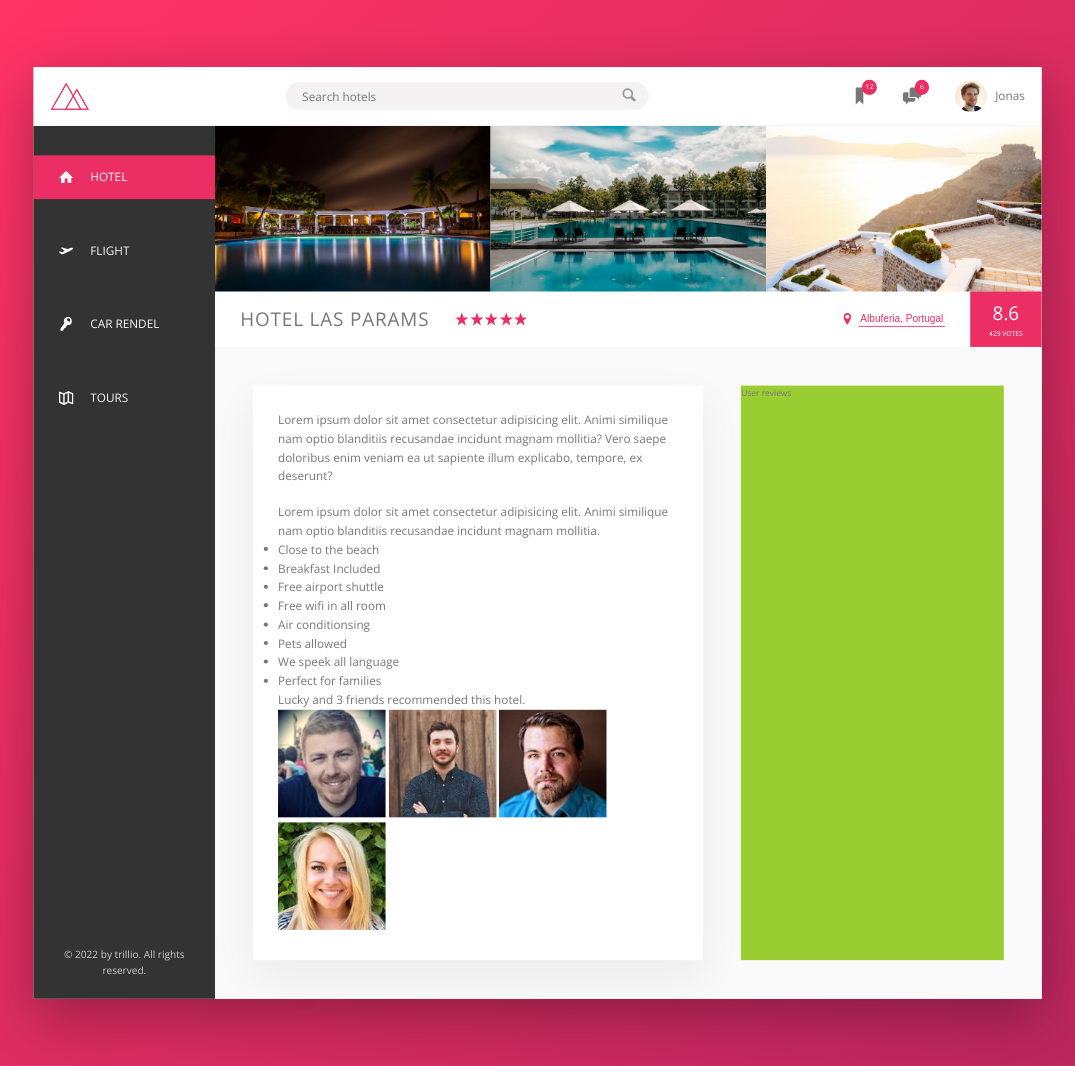
Repository: mohamediyas/flex_website
Page: index.html
The author's editor kept a copy of each file at every save. The page is drawn from the files as they stood at one save, then again after the next save.
The browser window is 1280 px wide. The pictures show the whole page, at 84% of full size.
The style sheet was rebuilt from its Sass, Less or Tailwind sources for each picture, by a compiler version that may differ from the author's.

Above is the page before, as saved 2022-08-06 14:15:41.

After the next save:
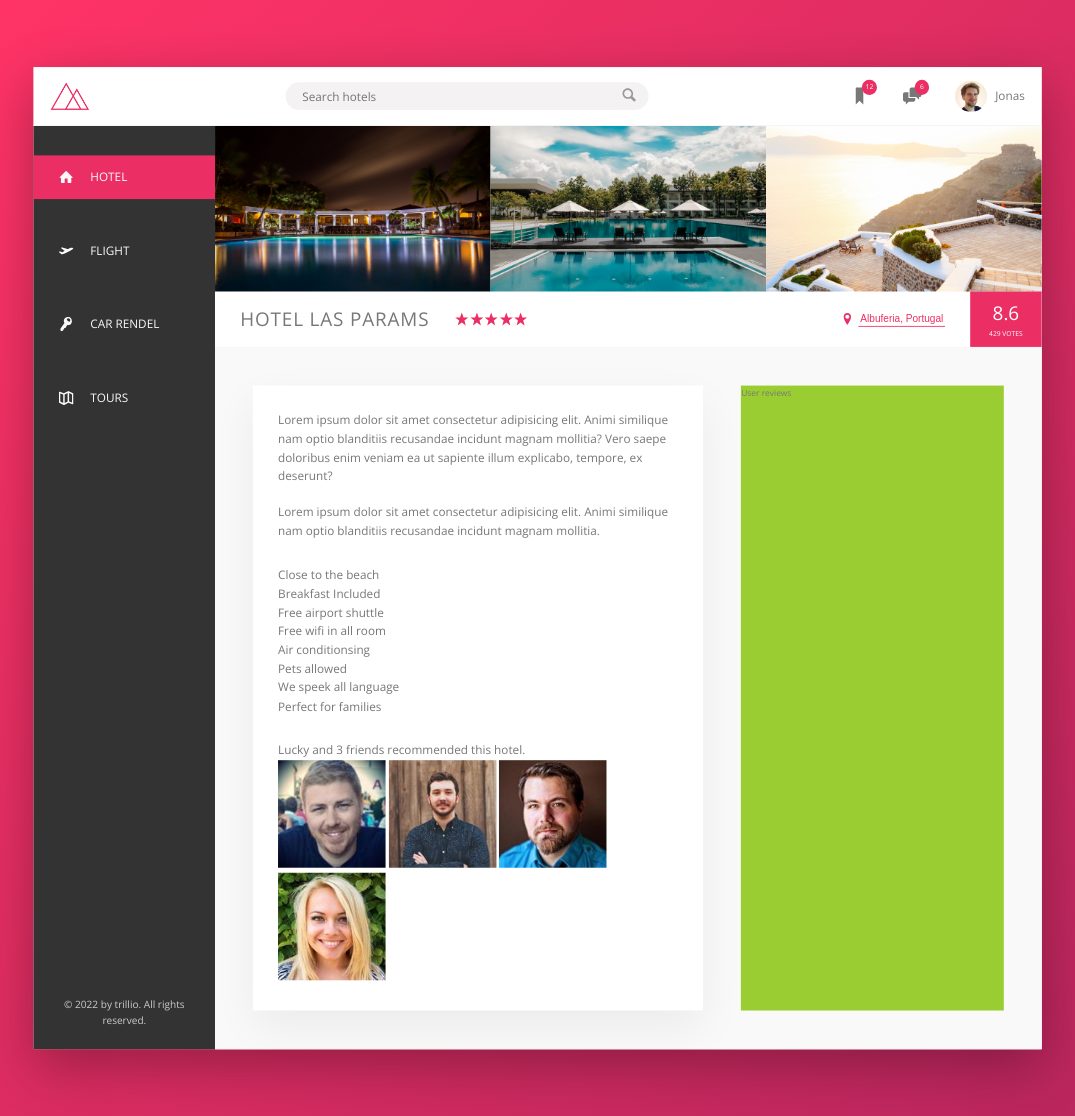
Saved 67 s later.
--- a/sass/_components.scss
+++ b/sass/_components.scss
@@ -248,3 +248,8 @@
 .paragraph:not(:last-of-type) {
   margin-bottom: 2rem;
 }
+
+.list {
+  list-style: none;
+  margin: 3rem 0;
+}
